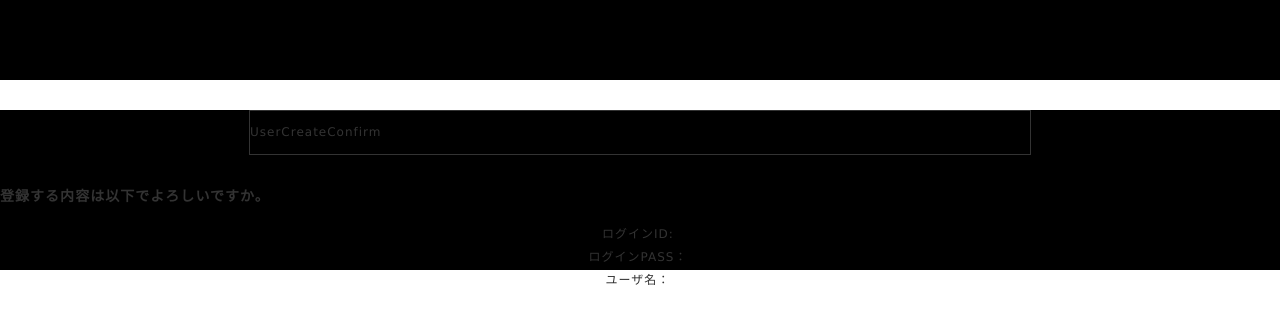
Repository: 3103senoomizho/test
Page: http://localhost/ecsite1/userCreateConfirm.jsp
These files come from the project's save history. The page is drawn as it stood at one moment and after the next save; the edit follows.
The browser window is 1280 px wide. The pictures show the whole page.
The page is served by Tomcat 9.

Above is the page before, as saved 2018-03-23 05:13:15.

After the next save:
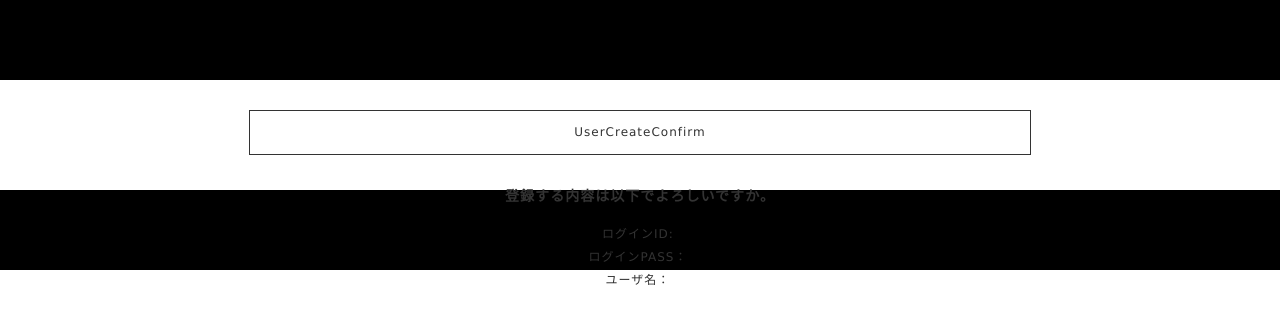
Saved 99 s later.
--- a/ecsite1/WebContent/userCreateConfirm.jsp
+++ b/ecsite1/WebContent/userCreateConfirm.jsp
@@ -43,7 +43,7 @@ table{
 #main{
   width:100%;
   height:80px;
-  background-color:black;
+  text-align:center;
   clear:both;
   }
 #footer{
